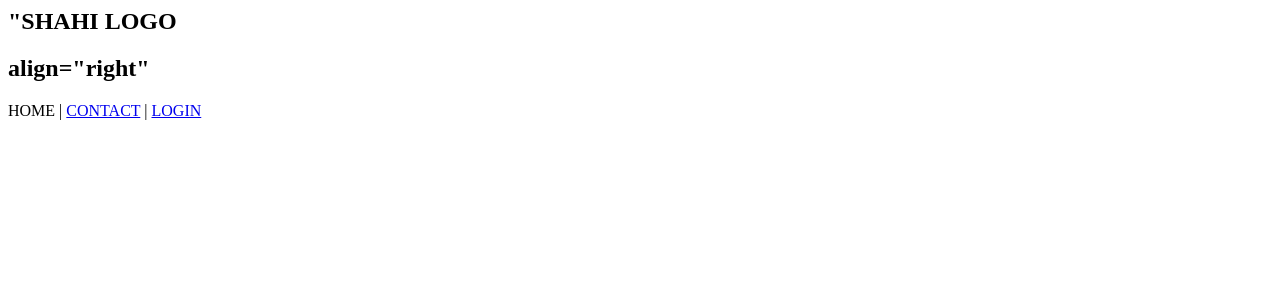
Repository: shaikjameel460/GITpractice
Page: http://localhost/Practice/header.jsp
The author's editor kept a copy of each file at every save. The page is drawn from the files as they stood at one save, then again after the next save.
The browser window is 1280 px wide. The pictures show the whole page.
The page is served by Tomcat 9.

Above is the page before, as saved 2021-02-11 06:35:42.

After the next save:
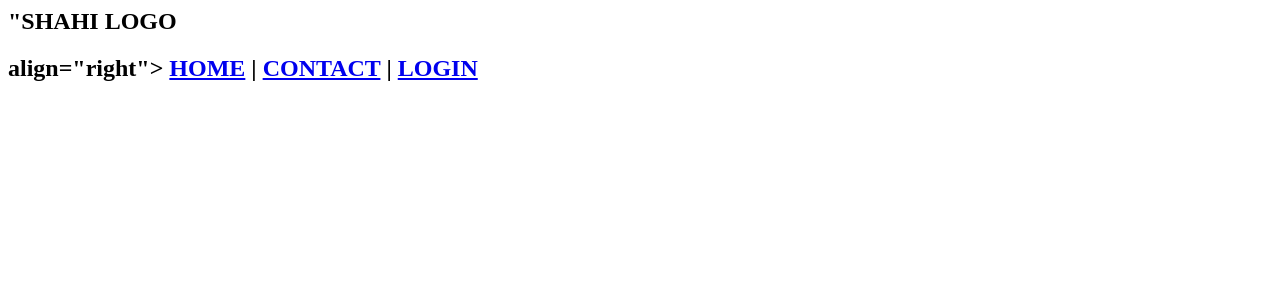
Saved 52 s later.
--- a/SturtsWorkspace/Practice/WebContent/header.jsp
+++ b/SturtsWorkspace/Practice/WebContent/header.jsp
@@ -1,5 +1,4 @@
-
 <h2>"SHAHI LOGO</h2>
-<h2>align="right"</h2>
-<ahref="index.jsp">HOME</a> | <a href="contacting.jsp">CONTACT</a> | <a href="loging.jsp">LOGIN</a>
+<h2>align="right">
+<a href="index.jsp">HOME</a> | <a href="contacting.jsp">CONTACT</a> | <a href="loging.jsp">LOGIN</a>
 </h2>
